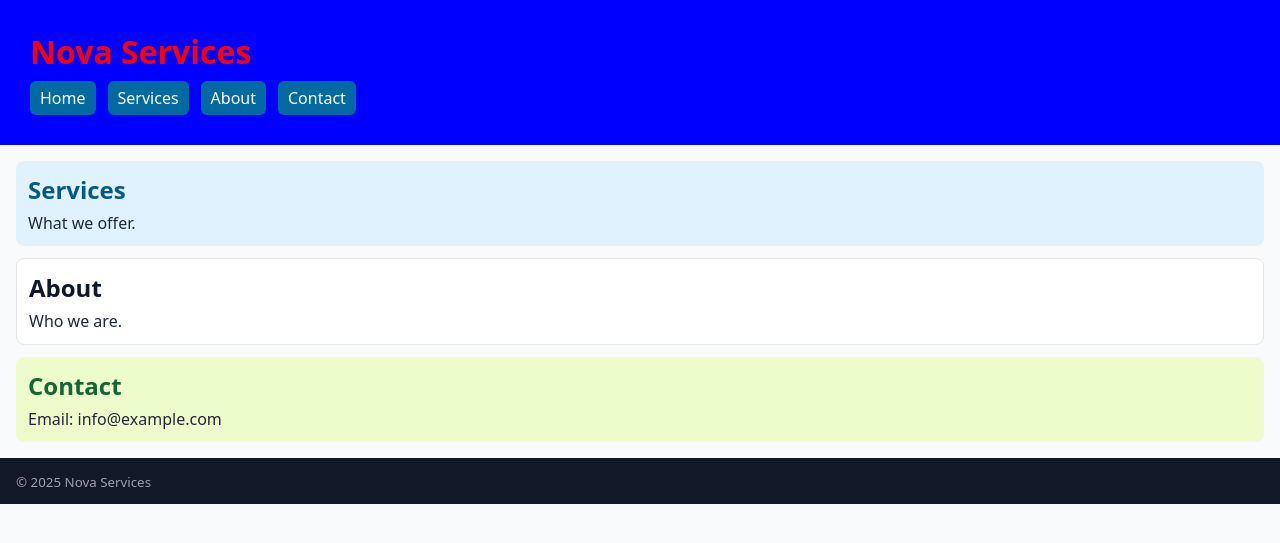
Repository: bbazimya/Nova-services
Page: index.html
These files come from the project's save history. The page is drawn as it stood at one moment and after the next save; the edit follows.
The browser window is 1280 px wide. The pictures show the whole page.

Above is the page before, as saved 2025-09-10 13:07:05.

### index.html
<!doctype html>
<html lang="en">
<head>
  <meta charset="utf-8">
  <meta name="viewport" content="width=device-width, initial-scale=1">
  <title>Nova Services</title>
  <link rel="stylesheet" href="styles.css">
</head>
<body>
  <header>
    <h1><centre>Nova Services</centre></h1>
    <nav>
      <a href="#home">Home</a>
      <a href="#services">Services</a>
      <a href="#about">About</a>
      <a href="#contact">Contact</a>
    </nav>
  </header>
  <main id="home">
    <section id="services"><h2>Services</h2><p>What we offer.</p></section>
    <section id="about"><h2>About</h2><p>Who we are.</p></section>
    <section id="contact"><h2>Contact</h2><p>Email: info@example.com</p></section>
  </main>
  <footer>
    <small>&copy; <time>2025</time> Nova Services</small>
  </footer>
</body>
</html>

### styles.css
body{margin:0;font-family:system-ui,Arial,sans-serif;color:#1f2937;background:#f8fafc;}
header{background:blue;color:red;padding:30px;}
header h1{margin:0;}
nav{margin-top:8px;display:flex;gap:12px;flex-wrap:wrap;}
nav a{color:#fff;background:#0369a1;padding:6px 10px;border-radius:6px;text-decoration:none;}
main{padding:16px;}
#services{background:#e0f2fe;border-radius:8px;padding:12px;margin-bottom:12px;}
#services h2{margin:0 0 6px 0;color:#075985;}
#services p{margin:0;}
#about{background:#fff;border:1px solid #e5e7eb;border-radius:8px;padding:12px;margin-bottom:12px;}
#about h2{margin:0 0 6px 0;color:#0f172a;}
#about p{margin:0;}
#contact{background:#ecfccb;border-radius:8px;padding:12px;}
#contact h2{margin:0 0 6px 0;color:#166534;}
#contact p{margin:0;}
footer{background:#111827;color:#9ca3af;padding:12px 16px;}

After the next save:
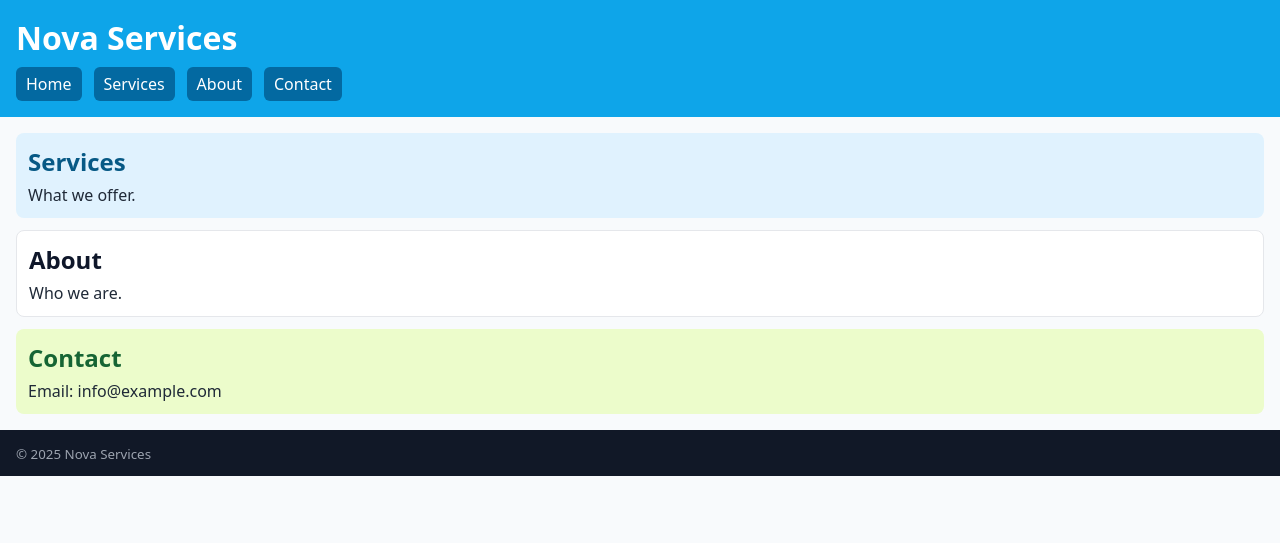
Saved 3 min 40 s later.
--- a/styles.css
+++ b/styles.css
@@ -1,5 +1,5 @@
 body{margin:0;font-family:system-ui,Arial,sans-serif;color:#1f2937;background:#f8fafc;}
-header{background:blue;color:red;padding:30px;}
+header{background:#0ea5e9;color:#fff;padding:16px;}
 header h1{margin:0;}
 nav{margin-top:8px;display:flex;gap:12px;flex-wrap:wrap;}
 nav a{color:#fff;background:#0369a1;padding:6px 10px;border-radius:6px;text-decoration:none;}
